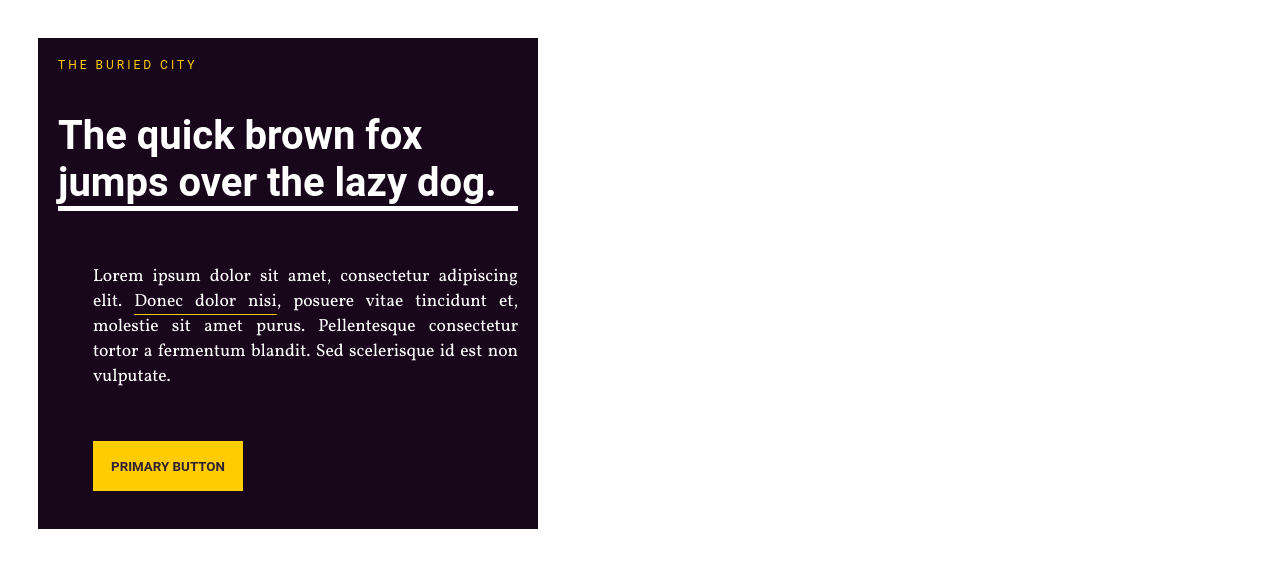
Repository: rafigabriel/TP2---Web-I
Page: ex03-css/index.html
An editor plug-in stored every save of this project. The page is shown before and after the next save, followed by the edit.
The browser window is 1280 px wide. The pictures show the whole page.

Above is the page before, as saved 2024-09-09 18:17:21.

After the next save:
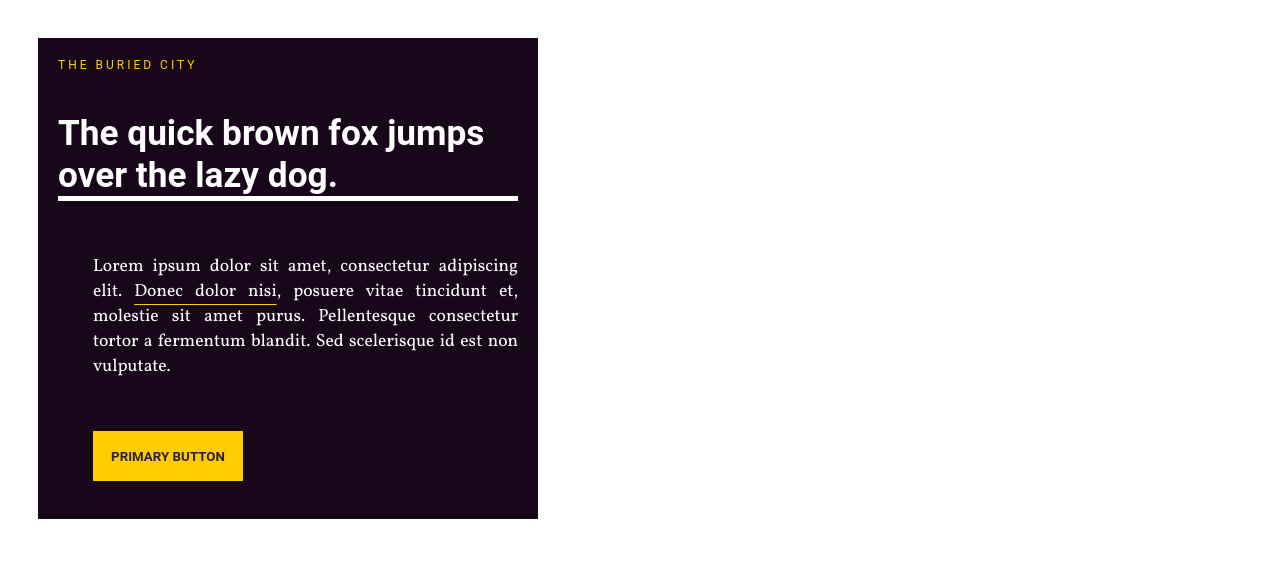
Saved 16 s later.
--- a/ex03-css/style.css
+++ b/ex03-css/style.css
@@ -10,7 +10,7 @@ body{
 }
 
 h1{
-    font-size: 2.5em;
+    font-size: 2.2em;
     font-family: "Roboto", sans-serif;
     font-style: normal;
     font-weight: 700;
